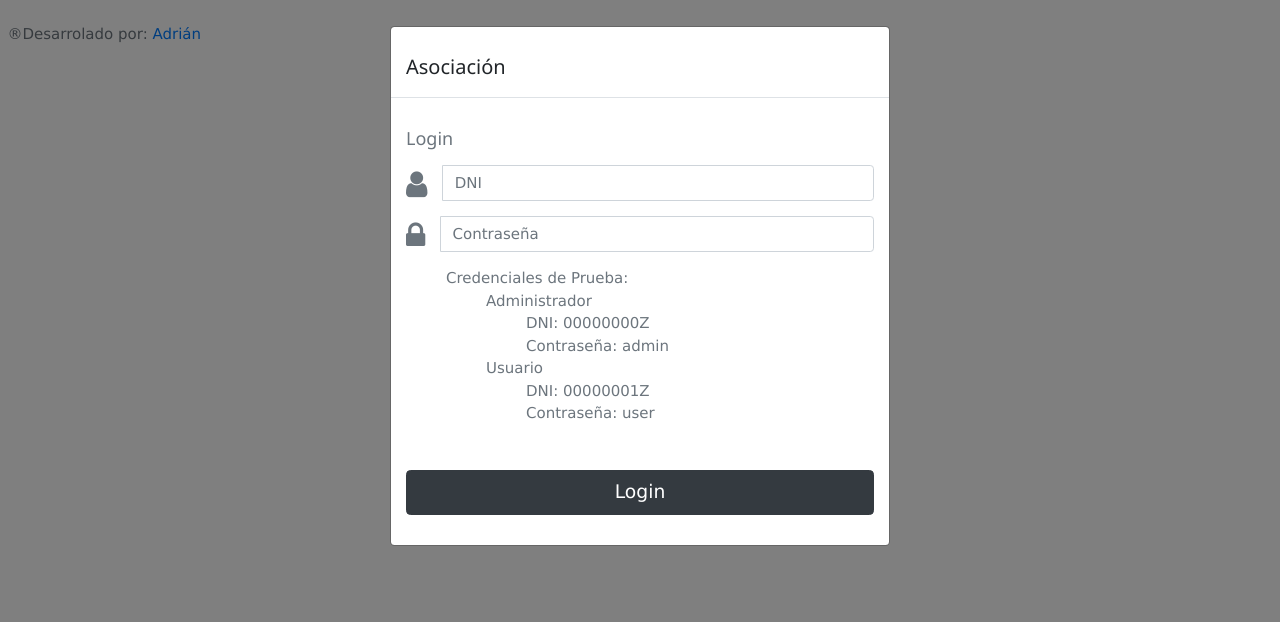
Repository: adrianllorian/adrianllorian-gestion-asociacion-backend
Page: WebStorage/index.html
The author's editor kept a copy of each file at every save. The page is drawn from the files as they stood at one save, then again after the next save.
The browser window is 1280 px wide. The pictures show the whole page.
Some web libraries are served in a nearby version.

Above is the page before, as saved 2022-01-14 21:16:50.

After the next save:
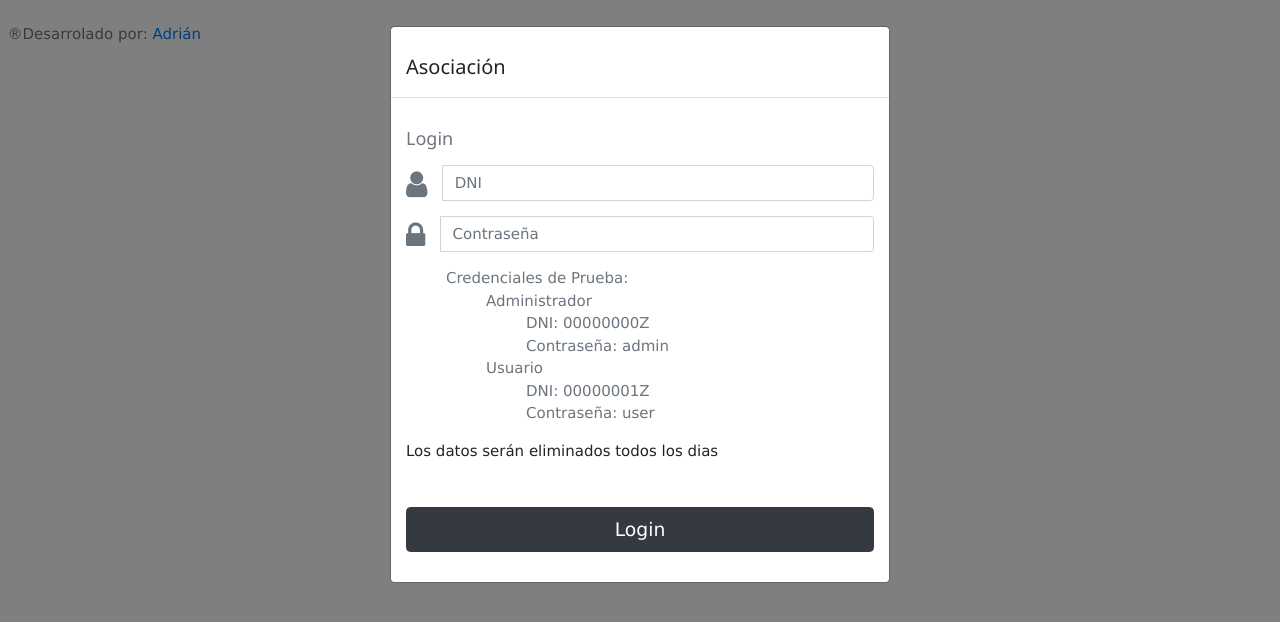
Saved 38 s later.
--- a/WebStorage/index.html
+++ b/WebStorage/index.html
@@ -287,7 +287,7 @@
                                 </ul>
 
                             </ul>
-
+                            <span class="text-warining">Los datos serán eliminados todos los dias</span>
 
                         </div>
                         <div class="form-group">
